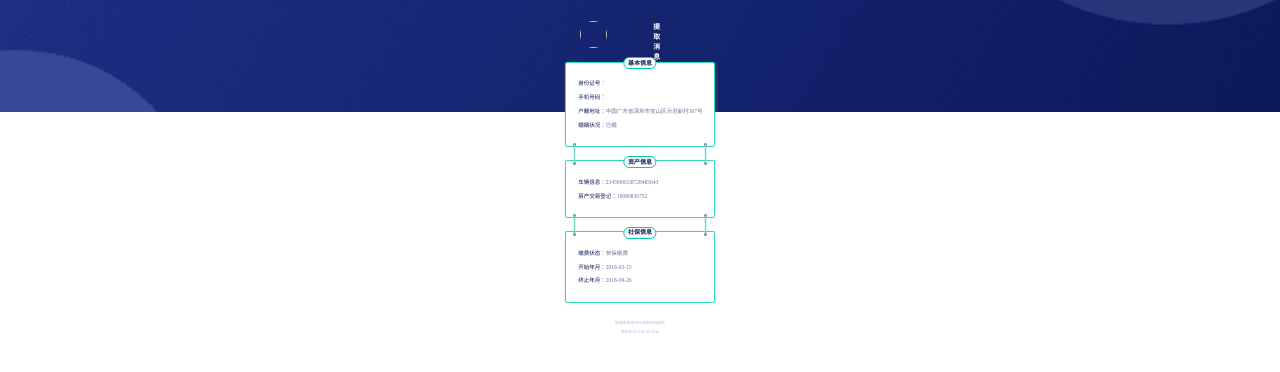
Repository: zlpstart/qingdao-new
Page: /Record
These files come from the project's save history. The page is drawn as it stood at one moment and after a run of saves; the edit follows.
The browser window is 1280 px wide. The pictures show the whole page.
The page's requests for data from a server got no answer. Some web fonts or font styles are not loaded; a fallback is used. The project was rebuilt for these pictures with package versions that can differ from the ones it lists, and the page was loaded fresh each time. No one was signed in, and anything a server would have sent is missing. Also part of the build but not shown: src/components/MySpace.vue, src/components/Home.vue, src/components/Enterprise.vue, src/components/Opinion.vue, src/components/Opinion2.vue, src/components/Car.vue, src/components/House.vue, src/components/License.vue and 5 more.

Above is the page before, as saved 2019-09-20 15:50:21.

After the next 3 saves:
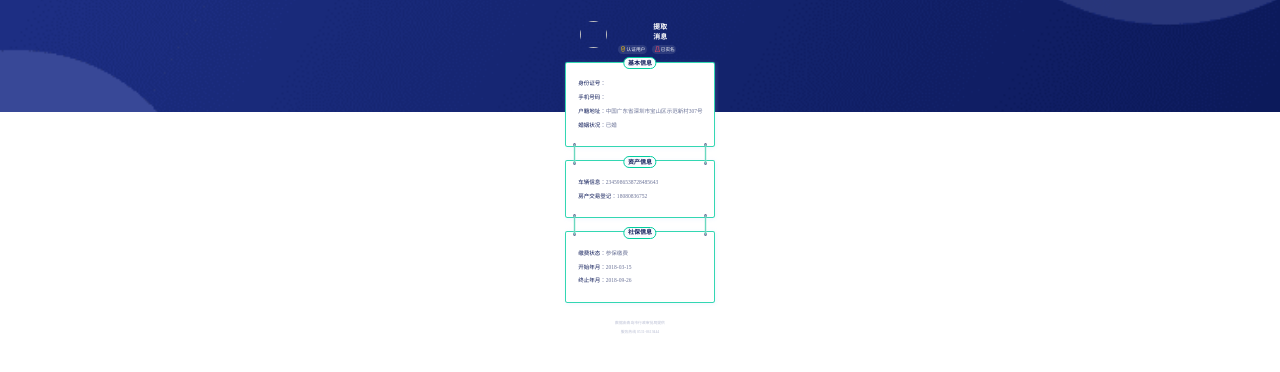
The 3 saves are shown as one change because they came seconds apart.
The last was saved 96 s later.
--- a/src/components/Record.vue
+++ b/src/components/Record.vue
@@ -334,6 +334,7 @@ body {
   color: rgba(11, 24, 86, 1);
 }
 .header_right_p p:nth-child(2) {
+    width: 0.8533rem;
   font-size: 0.4267rem;
   font-family: PingFangSC;
   font-weight: 600;
